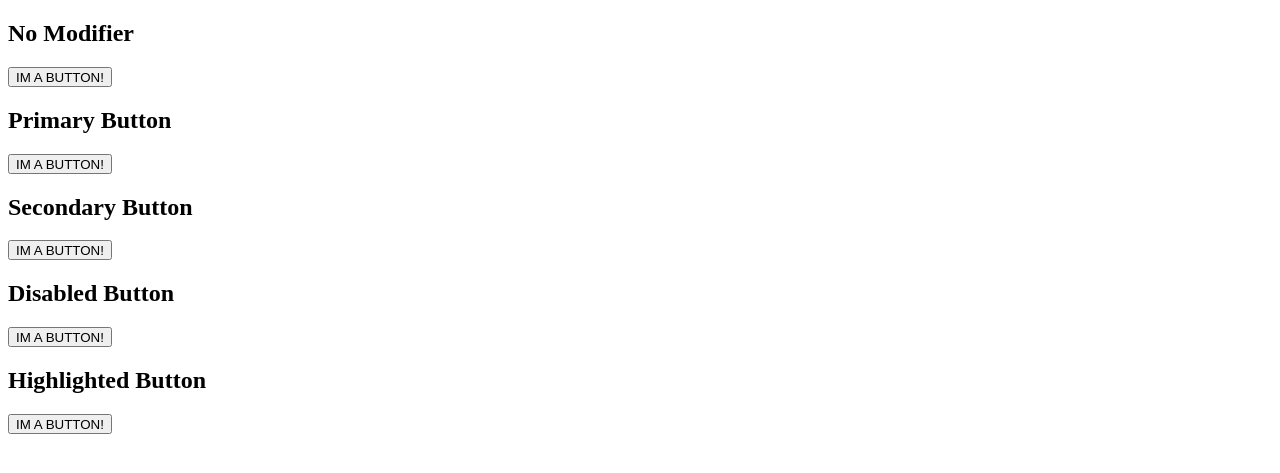
Repository: Jvien2/3126-repo
Page: index.html
An editor plug-in stored every save of this project. The page is shown before and after the next save, followed by the edit.
The browser window is 1280 px wide. The pictures show the whole page.

Above is the page before, as saved 2026-10-01 00:56:37.
Not found: code.js

### index.html
<!DOCTYPE html>
<html lang="en">
<head>
    <meta charset="UTF-8">
    <meta name="viewport" content="width=device-width, initial-scale=1.0">
    <title>Assignment 1</title>
    <link rel="stylesheet" href="style.css">
    <script src="code.js" defer></script>
</head>
<body>
    <!-- regular button -->
    <h2>No Modifier</h2>
        <button class="btn">IM A BUTTON!</button>

    <!-- prmary -->
    <h2>Primary Button</h2>
        <button class="btn btn-primary">IM A BUTTON!</button>

    <!-- secondary -->
    <h2>Secondary Button</h2>
         <button class="btn btn-secondary">IM A BUTTON!</button>

    <!-- disabled -->
    <h2>Disabled Button</h2>
         <button class="btn btn-disabled">IM A BUTTON!</button>

    <!-- highlighted -->
    <h2>Highlighted Button</h2>
         <button class="btn btn-highlight">IM A BUTTON!</button>

</body>
</html>

### style.css
.btn {
    width: fit-content;
    height: 20px;
    border-radius: 5;
}

After the next save:
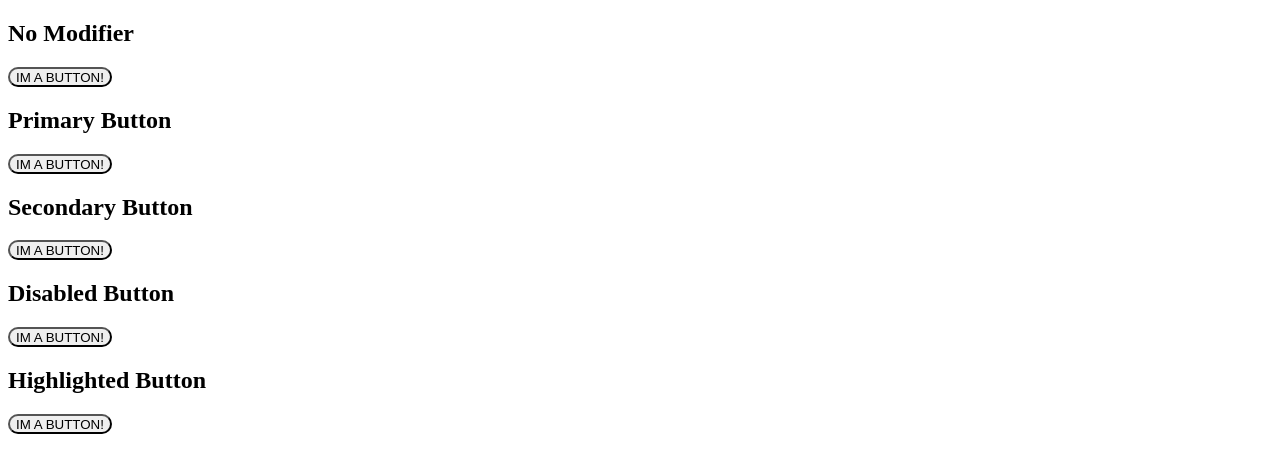
Saved 7 s later.
--- a/style.css
+++ b/style.css
@@ -1,5 +1,5 @@
 .btn {
     width: fit-content;
     height: 20px;
-    border-radius: 5;
+    border-radius: 20px;
 }
